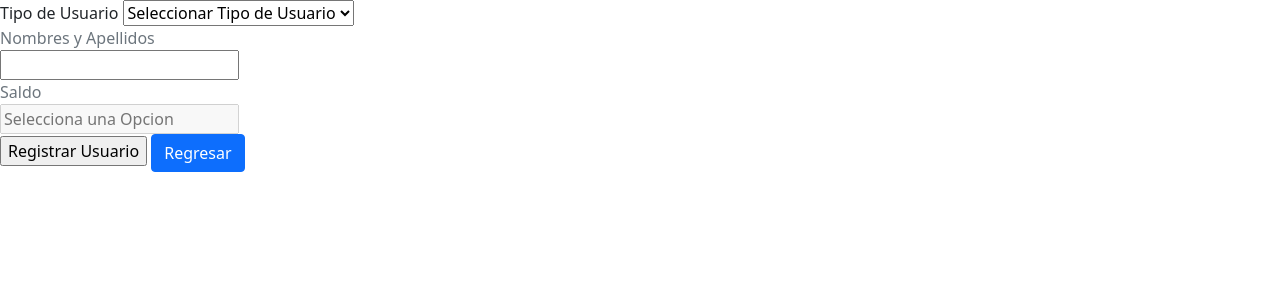
Repository: Gimblet/LP1_Proyecto_Yape
Page: http://localhost/Yape/nuevoUsuario.jsp
These files come from the project's save history. The page is drawn as it stood at one moment and after the next save; the edit follows.
The browser window is 1280 px wide. The pictures show the whole page.
The page is served by Tomcat 9.

Above is the page before, as saved 2024-04-25 18:45:07.

After the next save:
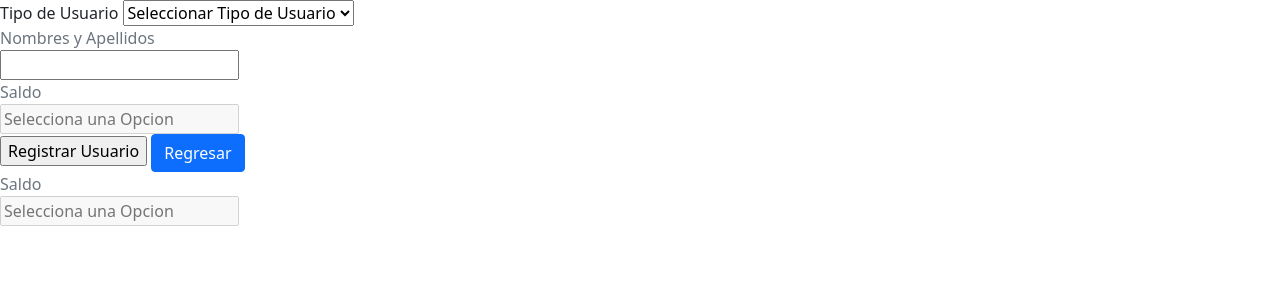
Saved 2 min 8 s later.
--- a/Yape/src/main/webapp/nuevoUsuario.jsp
+++ b/Yape/src/main/webapp/nuevoUsuario.jsp
@@ -48,6 +48,12 @@
         		}
     		}
 		</script>
+
+		<div class="form-group" id="saldoField">
+			<label class="text-secondary">Saldo</label>
+			<br>
+			<input name="txtSaldo" type="text" disabled placeholder="Selecciona una Opcion">
+		</div>
 	</form>
 </body>
 </html>
